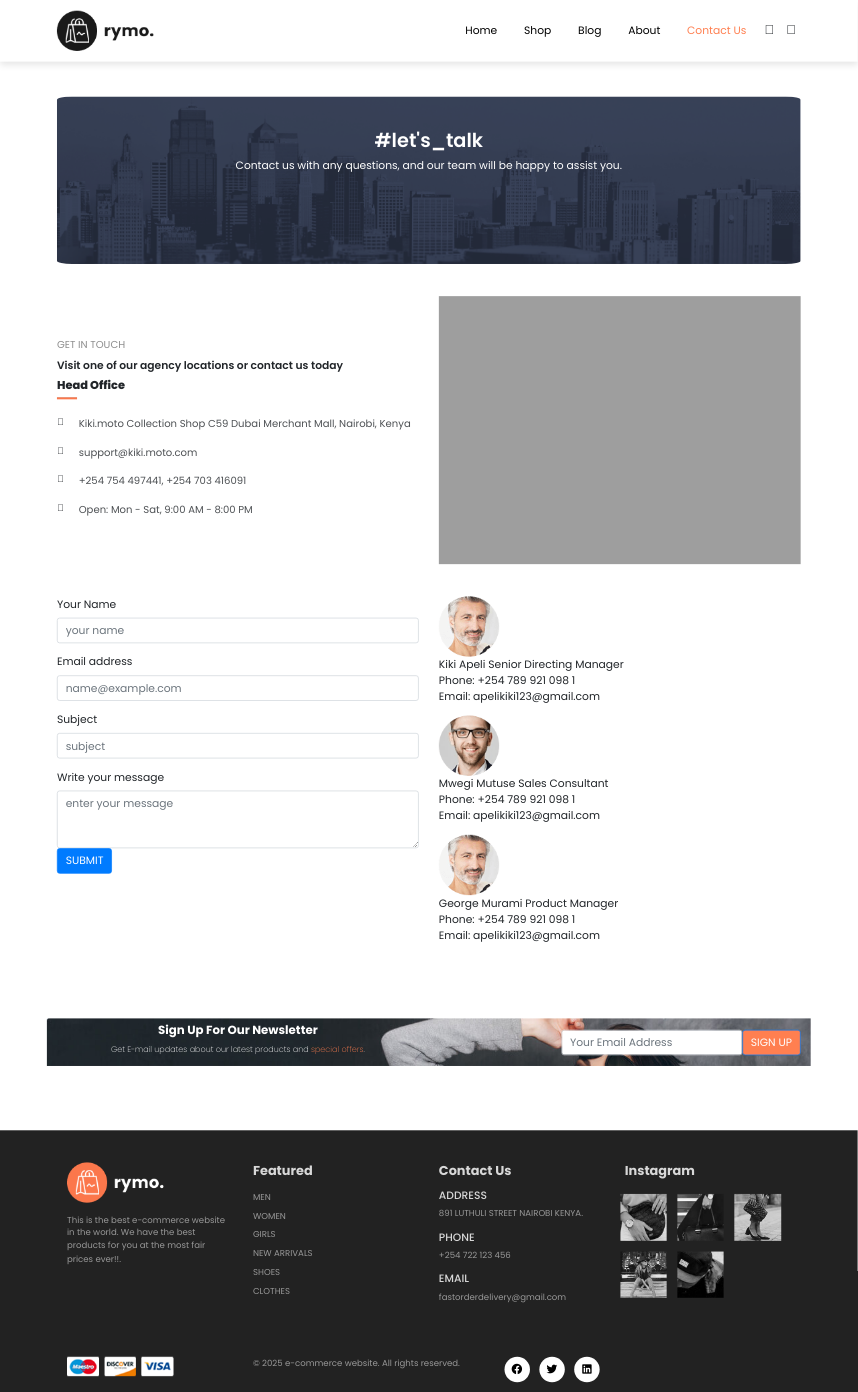
Repository: peter417waweru/e-commerce-UI
Page: contact.html
These files come from the project's save history. The page is drawn as it stood at one moment and after the next save; the edit follows.
The browser window is 1280 px wide. The pictures show the whole page, at 67% of full size.
Pictures or frames that could not be fetched are drawn as grey boxes. Some web libraries are served in a nearby version.

Above is the page before, as saved 2025-02-10 01:28:56.
Console error: TypeError: Cannot set properties of undefined (setting 'onclick')

After the next save:
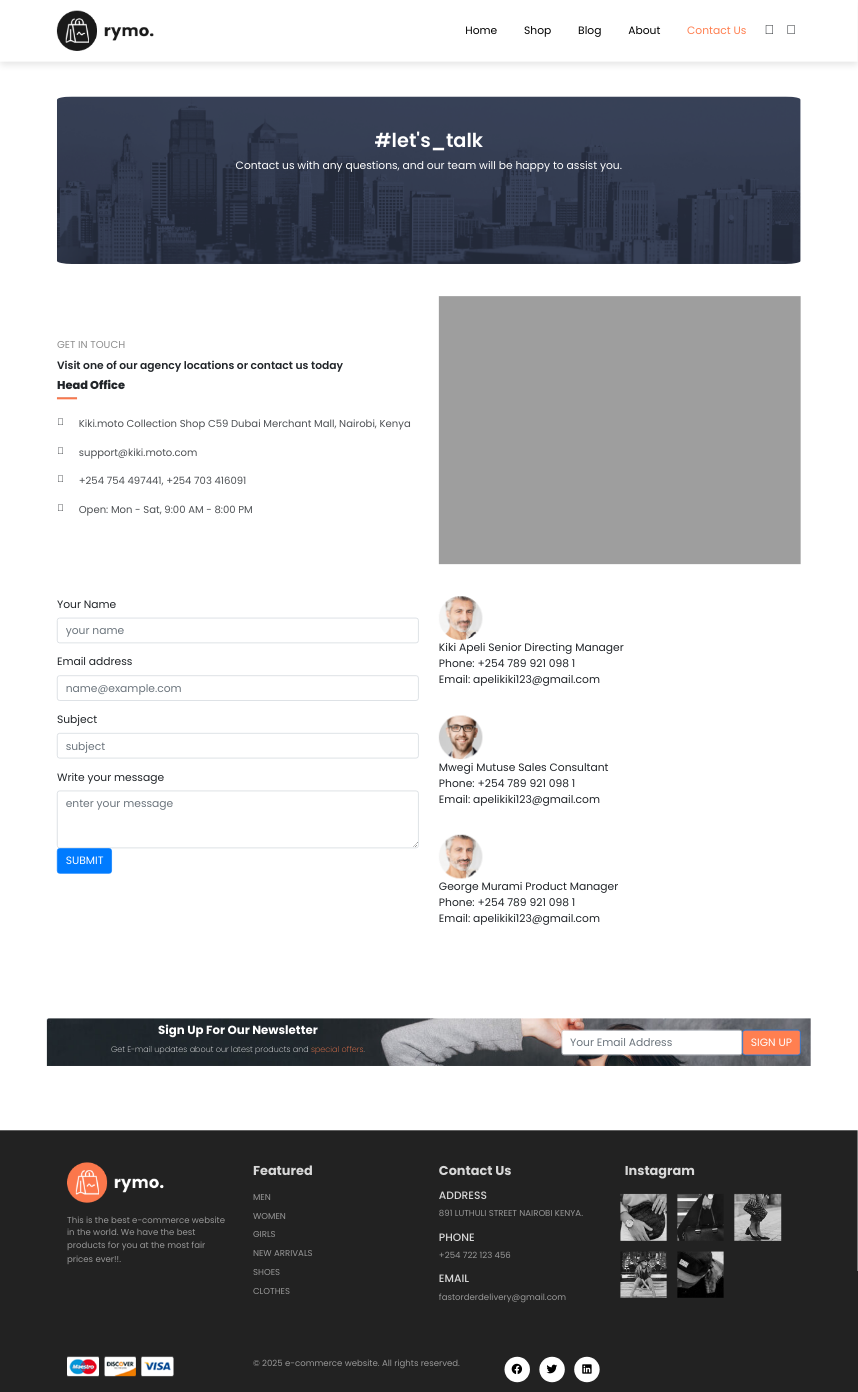
Saved 6 min 8 s later.
--- a/contact.css
+++ b/contact.css
@@ -46,3 +46,14 @@
     width: 100%;
     height: 100%;
 }
+
+#contact-message .members div{
+    padding-bottom: 25px;
+}
+
+#contact-message .members div img{
+    width: 65px;
+    height: 65px;
+    object-fit: cover;
+    margin-right: 15px;
+}
